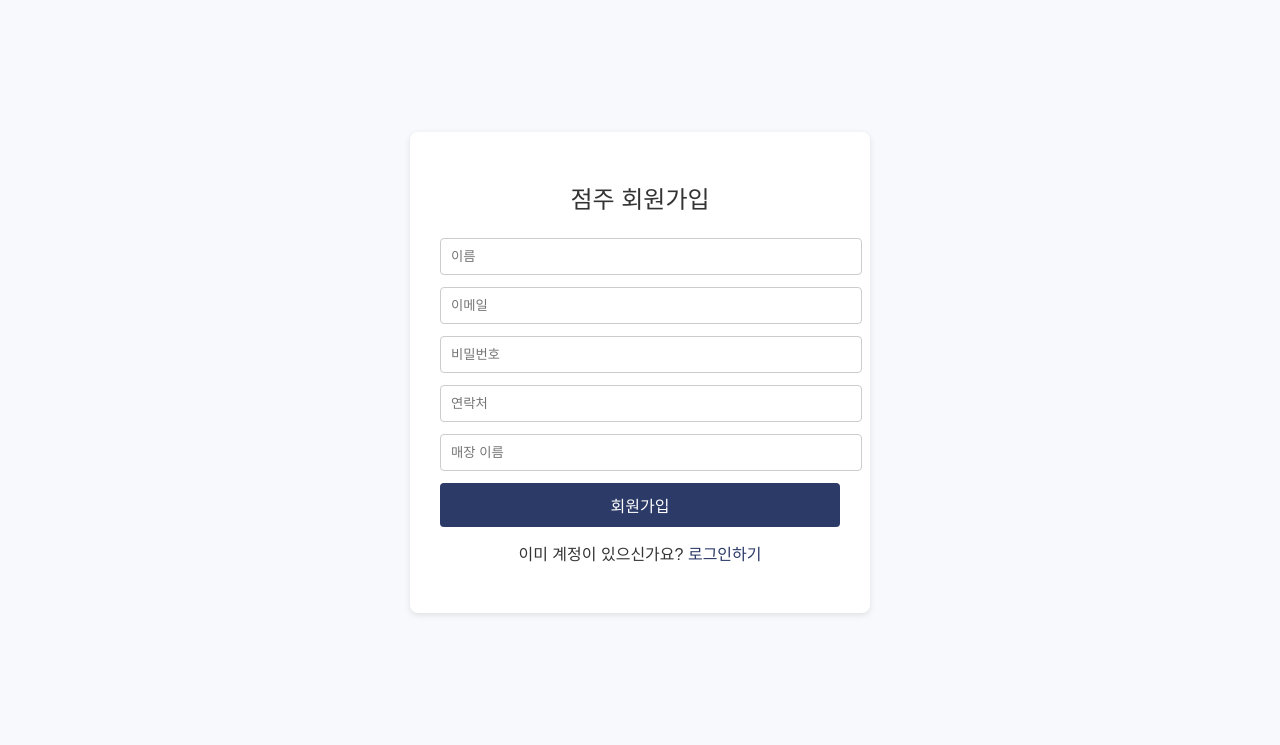
Repository: noiredex/Choplan-API
Page: /signup (app in choplan/frontend_owner/)
The author's editor kept a copy of each file at every save. The page is drawn from the files as they stood at one save, then again after the next save.
The browser window is 1280 px wide. The pictures show the whole page.
The page's requests for data from a server got no answer. The project was rebuilt for these pictures with package versions that can differ from the ones it lists, and the page was loaded fresh each time. No one was signed in, and anything a server would have sent is missing. Also part of the build but not shown: choplan/frontend_owner/vite.config.js, choplan/frontend_owner/src/hooks/useAuth.js, choplan/frontend_owner/src/pages/LoginPage.jsx, choplan/frontend_owner/src/components/Navbar.jsx, choplan/frontend_owner/src/components/Sidebar.jsx, choplan/frontend_owner/src/components/LoadingSpinner.jsx, choplan/frontend_owner/src/pages/DashboardPage.jsx, choplan/frontend_owner/src/pages/StoreManagePage.jsx.

Above is the page before, as saved 2025-10-16 14:34:45.

After the next save:
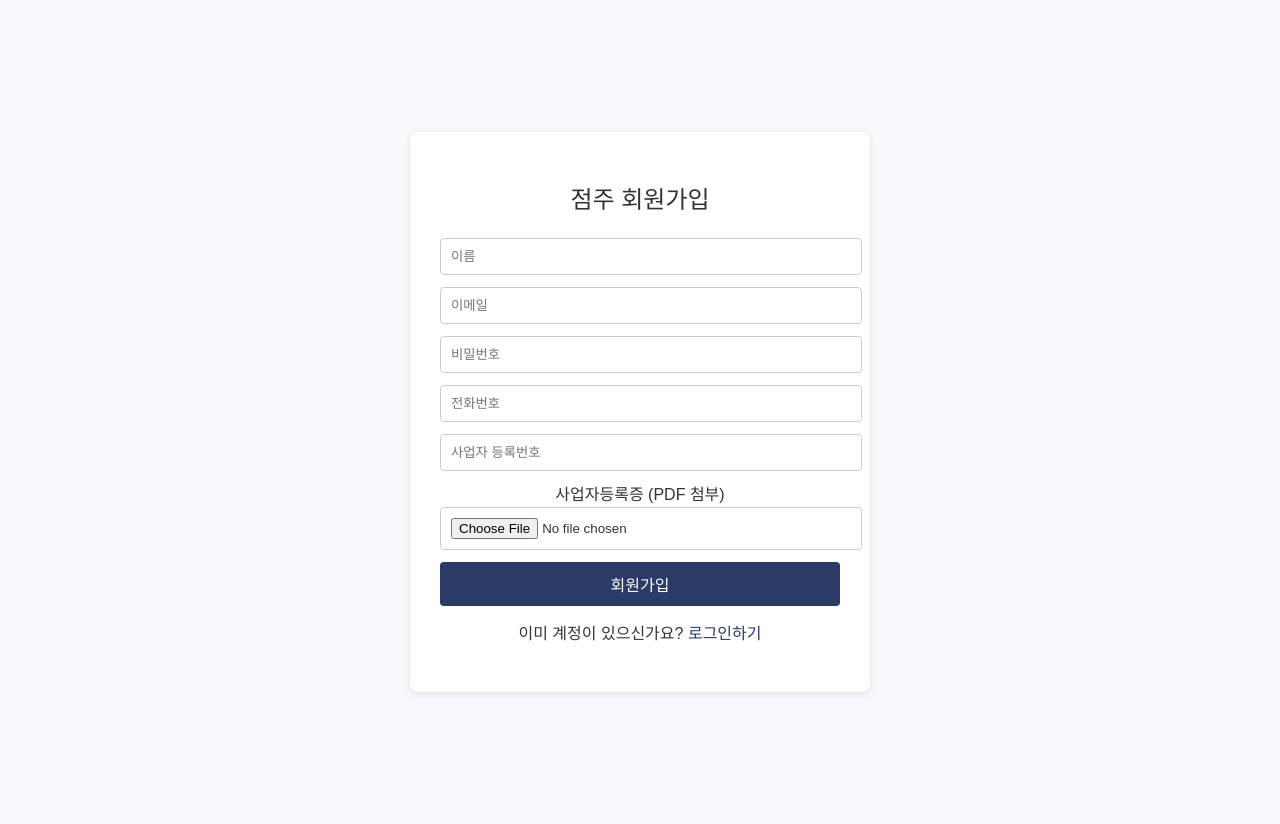
Saved 5 min 16 s later.
--- a/choplan/frontend_owner/src/pages/SignupPage.jsx
+++ b/choplan/frontend_owner/src/pages/SignupPage.jsx
@@ -1,86 +1,116 @@
 import { useState } from "react";
-import { ownerSignup } from "../api/ownerApi";
+import axios from "axios";
 
 export default function SignupPage() {
   const [formData, setFormData] = useState({
     name: "",
     email: "",
     password: "",
-    phone: "",
-    storeName: "",
+    phoneNumber: "",
+    businessRegistrationNumber: "",
+    businessRegistrationDoc: null,
   });
   const [message, setMessage] = useState("");
 
   const handleChange = (e) => {
-    setFormData({
-      ...formData,
-      [e.target.name]: e.target.value,
-    });
+    const { name, value, files } = e.target;
+    if (name === "businessRegistrationDoc") {
+      setFormData({ ...formData, businessRegistrationDoc: files[0] });
+    } else {
+      setFormData({ ...formData, [name]: value });
+    }
   };
 
   const handleSubmit = async (e) => {
     e.preventDefault();
     setMessage("");
+
+    const dataToSend = new FormData();
+    Object.entries(formData).forEach(([key, value]) => {
+      dataToSend.append(key, value);
+    });
+
     try {
-      const result = await ownerSignup(formData);
+      const response = await axios.post(
+        "http://localhost:8080/api/auth/owner/signup",
+        dataToSend,
+        {
+          headers: { "Content-Type": "multipart/form-data" },
+        }
+      );
+      console.log("서버 응답:", response.data);
       setMessage("회원가입 성공! 관리자 승인 후 로그인할 수 있습니다.");
-      console.log(result);
       setTimeout(() => (window.location.href = "/"), 2000);
-    } catch (err) {
-      setMessage("회원가입 실패: 이미 등록된 이메일이거나 서버 오류입니다.");
+    } catch (error) {
+      console.error("회원가입 오류:", error);
+      setMessage("회원가입 실패: 입력값을 확인하세요.");
     }
   };
 
   return (
     <div className="signup-container">
       <h2>점주 회원가입</h2>
-      <form onSubmit={handleSubmit}>
+      <form onSubmit={handleSubmit} encType="multipart/form-data">
         <input
+          type="text"
           name="name"
-          type="text"
           placeholder="이름"
           value={formData.name}
           onChange={handleChange}
           required
         />
         <input
+          type="email"
           name="email"
-          type="email"
           placeholder="이메일"
           value={formData.email}
           onChange={handleChange}
           required
         />
         <input
+          type="password"
           name="password"
-          type="password"
           placeholder="비밀번호"
           value={formData.password}
           onChange={handleChange}
           required
         />
         <input
-          name="phone"
           type="tel"
-          placeholder="연락처"
-          value={formData.phone}
+          name="phoneNumber"
+          placeholder="전화번호"
+          value={formData.phoneNumber}
           onChange={handleChange}
           required
         />
         <input
-          name="storeName"
           type="text"
-          placeholder="매장 이름"
-          value={formData.storeName}
+          name="businessRegistrationNumber"
+          placeholder="사업자 등록번호"
+          value={formData.businessRegistrationNumber}
           onChange={handleChange}
           required
         />
+        <label htmlFor="businessRegistrationDoc" className="file-label">
+          사업자등록증 (PDF 첨부)
+        </label>
+        <input
+          id="businessRegistrationDoc"
+          type="file"
+          name="businessRegistrationDoc"
+          accept="application/pdf"
+          onChange={handleChange}
+          required
+        />
+
         <button type="submit">회원가입</button>
       </form>
       {message && <p>{message}</p>}
       <p>
         이미 계정이 있으신가요?{" "}
-        <a href="/" className="link">로그인하기</a>
+        <a href="/" className="link">
+          로그인하기
+        </a>
       </p>
     </div>
   );
